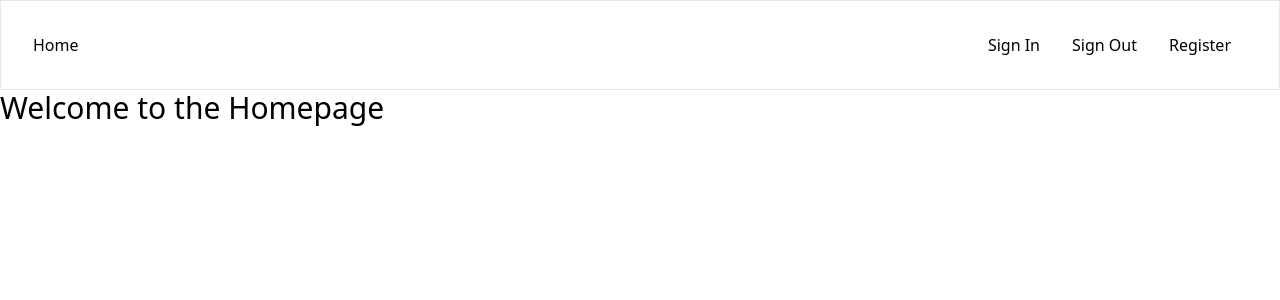
Repository: oderinde300/react-authentication-with-json-server
Page: /
The author's editor kept a copy of each file at every save. The page is drawn from the files as they stood at one save, then again after the next save.
The browser window is 1280 px wide. The pictures show the whole page.
The project was rebuilt for these pictures with package versions that can differ from the ones it lists, and the page was loaded fresh each time. Also part of the build but not shown: src/components/authentication/Login.jsx, src/pages/LoginPage.jsx.

Above is the page before, as saved 2023-03-22 12:29:28.

After the next save:
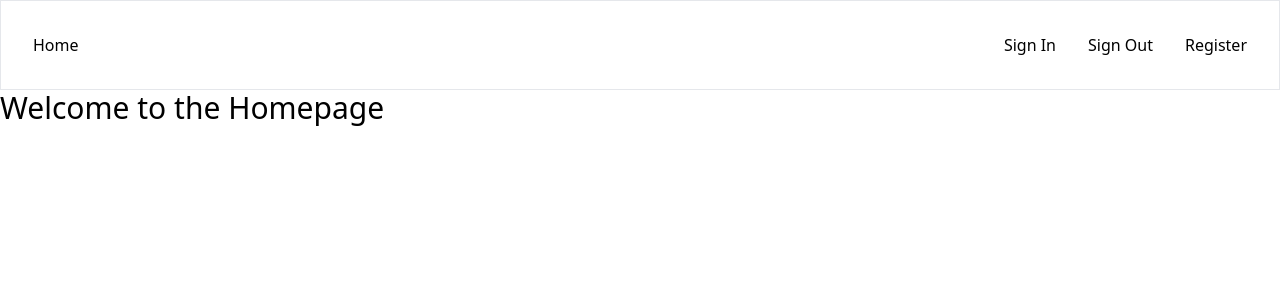
Saved 14 s later.
--- a/src/App.js
+++ b/src/App.js
@@ -11,7 +11,7 @@ function App() {
           <ul className="flex ">
             <li className="mx-4">Sign In</li>
             <li className="mx-4">Sign Out</li>
-            <li className="mx-4">Register</li>
+            <li className="ml-4">Register</li>
           </ul>
         </nav>
       </header>
